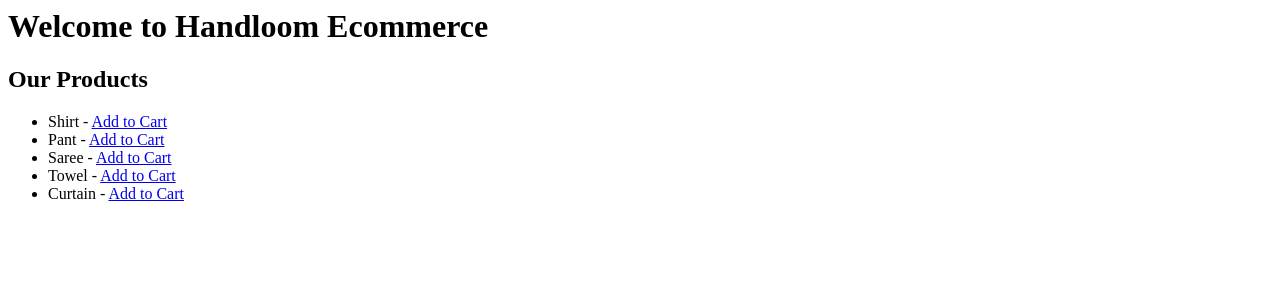
Repository: 2200030277/Handoom_new
Page: http://localhost/HandloomEcommerce/
An editor plug-in stored every save of this project. The page is shown before and after the next save, followed by the edit.
The browser window is 1280 px wide. The pictures show the whole page.
The page is served by Tomcat 9.

Above is the page before, as saved 2024-12-10 17:46:52.

After the next save:
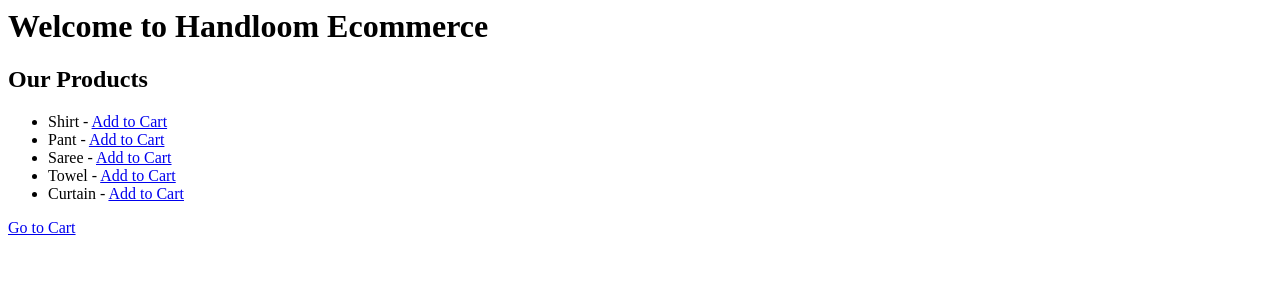
Saved 112 s later.
--- a/HandloomEcommerce/src/main/webapp/index.jsp
+++ b/HandloomEcommerce/src/main/webapp/index.jsp
@@ -19,10 +19,11 @@
         <%
             for(String product : products) {
         %>
-            <li><%= product %> - <a href="addToCart.jsp?product=<%= product %>">Add to Cart</a></li>
+            <li><%= product %> - <a href="CartServlet?product=<%= product %>">Add to Cart</a></li>
         <%
             }
         %>
     </ul>
+    <a href="cart.jsp">Go to Cart</a>
 </body>
 </html>
